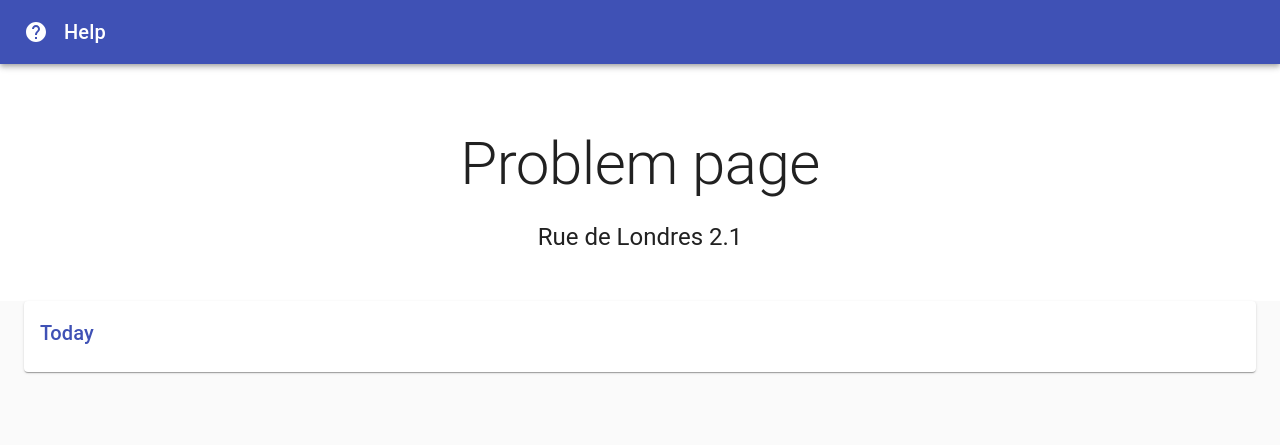
Repository: sapbrussels/intelligenthighway_webapp
Page: /Problempage (app in router/)
The author's editor kept a copy of each file at every save. The page is drawn from the files as they stood at one save, then again after the next save.
The browser window is 1280 px wide. The pictures show the whole page.
The project was rebuilt for these pictures with package versions that can differ from the ones it lists, and the page was loaded fresh each time. Also part of the build but not shown: router/src/App.css, router/src/Login.js, router/src/Maps.js, router/src/Jobspage.js, router/src/Direction.js, router/src/Maintenance.js, router/src/Help.js.

Above is the page before, as saved 2020-03-31 14:52:11.

### router/src/App.js
import React from 'react';
import {BrowserRouter, Route, Switch} from "react-router-dom";
import './App.css';
import Login from './Login';
import Jobspage from'./Jobspage';
import Maintenance from './Maintenance';
import Help from './Help';
import Problempage from './Problempage';

function App() {
  return (
    <BrowserRouter>
    <Switch>
     <Route path='/' exact component={Login}/>
     <Route path='/Jobspage' exact component={Jobspage}/>
     <Route path='/Maintenance' exact component={Maintenance}/>
     <Route path='/Help' exact component={Help}/>
     <Route path='/Problempage' exact component={Problempage}/>
     </Switch>
    </BrowserRouter>

  );
}

export default App;

### router/src/Problempage.js
import React from 'react';
import AppBar from '@material-ui/core/AppBar';
import HelpIcon from '@material-ui/icons/Help';
import Paper from '@material-ui/core/Paper';
import CssBaseline from '@material-ui/core/CssBaseline';
import Grid from '@material-ui/core/Grid';
import Toolbar from '@material-ui/core/Toolbar';
import Typography from '@material-ui/core/Typography';
import { makeStyles } from '@material-ui/core/styles';
import Container from '@material-ui/core/Container';

import Voltage from './Voltage';

const useStyles = makeStyles((theme) => ({
  icon: {
    marginRight: theme.spacing(2),
  },
  heroContent: {
    backgroundColor: theme.palette.background.paper,
    padding: theme.spacing(8, 0, 6),
  },
  heroButtons: {
    marginTop: theme.spacing(4),
  },
  cardGrid: {
    paddingTop: theme.spacing(8),
    paddingBottom: theme.spacing(8),
  },
  card: {
    height: '100%',
    display: 'flex',
    flexDirection: 'column',

  },
  cardMedia: {
    paddingTop: '100%', // 16:9
  },
  cardContent: {
    flexGrow: 1,
  },
  footer: {
    backgroundColor: theme.palette.background.paper,
    padding: theme.spacing(6),
  },
  paper: {
    padding: theme.spacing(2),
    display: 'flex',
    overflow: 'auto',
    flexDirection: 'column',
  },
}));



export default function Album() {
  const classes = useStyles();

  return (
    <React.Fragment>
      <CssBaseline />
      <AppBar position="relative">
        <Toolbar>
          <HelpIcon className={classes.icon} />
          <Typography variant="h6" color="inherit" noWrap>
            Help
          </Typography>
        </Toolbar>
      </AppBar>
      <main>
        {/* Hero unit */}
        <div className={classes.heroContent}>
          <Container maxWidth="sm">
            <Typography component="h1" variant="h2" align="center" color="textPrimary" gutterBottom>
              Problem page
            </Typography>

              <Grid container spacing={2} justify="center">
                <Grid item>
                <Typography variant="h5">
                 Rue de Londres 2.1
                </Typography>
                </Grid>
              </Grid>

          </Container>
        </div>
        <main className={classes.content}>
        <div className={classes.appBarSpacer} />
        <Container maxWidth="lg" className={classes.container}> {/* lg */}
          <Grid container spacing={3}>
          <Grid item xs={12} >
              <Paper className={classes.paper}>
                <Voltage />
              </Paper>
            </Grid>
          </Grid>
        </Container>
      </main>
    </main>
    </React.Fragment>
  );
}

### router/src/listItems.js
import React from 'react';
import ListItem from '@material-ui/core/ListItem';
import ListItemIcon from '@material-ui/core/ListItemIcon';
import ListItemText from '@material-ui/core/ListItemText';
import DashboardIcon from '@material-ui/icons/Dashboard';
import ShoppingCartIcon from '@material-ui/icons/ShoppingCart';
import PeopleIcon from '@material-ui/icons/People';
import { Link } from "react-router-dom";

export const mainListItems = (
  <div>
        <ListItem >
          <ListItemIcon>
            <DashboardIcon />
          </ListItemIcon>
          <ListItemText  primary="jobs page" />
        </ListItem>
      <Link to='/Maintenance'>
          <ListItem button>
          <ListItemIcon>
            <ShoppingCartIcon />
          </ListItemIcon>
          <ListItemText primary="History" />
        </ListItem></Link>
      <Link to='/Help'>
          <ListItem button>
          <ListItemIcon>
            <PeopleIcon />
          </ListItemIcon>
          <ListItemText primary="help" />
        </ListItem></Link>
  </div>
);

### router/src/LightStatus.js
import React from 'react';
import Link from '@material-ui/core/Link';
import { makeStyles } from '@material-ui/core/styles';
import Table from '@material-ui/core/Table';
import TableBody from '@material-ui/core/TableBody';
import TableCell from '@material-ui/core/TableCell';
import TableHead from '@material-ui/core/TableHead';
import TableRow from '@material-ui/core/TableRow';
import Rectangle from 'react-rectangle';
import Title from './Title';



// Generate Order Data
function createData(id, street_light, status,light) {
  return { street_light, status, light};
}

const rows = [
  createData(0, 'Boulevard Avroy 1.9', 'ON', <Rectangle aspectRatio={[3,3]}>
  <div style={{ background: '#008000',  width: '40%', height: '40%' }} />
</Rectangle>),
  createData(1, 'Rue de Londres 2.1', 'OFF',<Rectangle aspectRatio={[3,3]}>
  <div style={{ background: '#FFFFFF', width: '40%', height: '40%' }} />
</Rectangle>),
  createData(2, 'Rue de Londres 2.3', 'X',<Rectangle aspectRatio={[3,3]}>
  <div style={{ background: '#FF0000', width: '40%', height: '40%' }} />
</Rectangle>),
];

function preventDefault(event) {
  event.preventDefault();
}

const useStyles = makeStyles((theme) => ({
  seeMore: {
    marginTop: theme.spacing(3),
    padding: '20px',
    borderRadius:'10px',
  },
}));

export default function LightStatus() {
  const classes = useStyles();
  return (
    <React.Fragment>
      <Title>Light status</Title>
      <Table size="small">
        <TableHead>
          <TableRow>
            <TableCell>street light</TableCell>
            <TableCell>status</TableCell>
            <TableCell></TableCell>
          </TableRow>
        </TableHead>
        <TableBody>
          {rows.map((row) => (
            <TableRow key={row.id}>
              <TableCell>{row.street_light}</TableCell>
              <TableCell> {row.status}</TableCell>
              <TableCell> {row.light}</TableCell>
            </TableRow>
          ))}
        </TableBody>
      </Table>
      <div className={classes.seeMore}>
        <Link color="primary" href="#" onClick={preventDefault}>
          See more lights
        </Link>
      </div>
    </React.Fragment>
  );
}

### router/src/Jobslist.js
import React from 'react';
import {Link} from 'react-router-dom';
import { makeStyles } from '@material-ui/core/styles';
import Table from '@material-ui/core/Table';
import TableBody from '@material-ui/core/TableBody';
import TableCell from '@material-ui/core/TableCell';
import TableHead from '@material-ui/core/TableHead';
import TableRow from '@material-ui/core/TableRow';
import Title from './Title';

// Generate Order Data
function createData(id, location, job, accept, info) {
  return { id, location, job, accept, info };
}

const rows = [
    createData(0, 'Boulevard Avroy 1.9', 'Maintenance',<Link to="/Maintenance"><button>Accept</button></Link>),
    createData(1, 'Rue de Londres 2.1', 'Fix issue',<button>Accept</button>, <Link to="/Problempage"><button>find more info</button></Link>),
];

function preventDefault(event) {
  event.preventDefault();
}

const useStyles = makeStyles((theme) => ({
  seeMore: {
    marginTop: theme.spacing(3),
    padding: '20px',
    borderRadius:'10px',
  },
}));

    export default function Jobslist() {
    const classes = useStyles();
    return (
        <React.Fragment>
        <Title>jobs available</Title>
        <Table size="small">
            <TableHead>
            <TableRow>
                <TableCell>location</TableCell>
                <TableCell>job</TableCell>
                <TableCell>Accept the job</TableCell>
                <TableCell>More info</TableCell>
            </TableRow>
            </TableHead>
            <TableBody>
            {rows.map((row) => (
                <TableRow key={row.id}>
                <TableCell>{row.location}</TableCell>
                <TableCell>{row.job}</TableCell>
                <TableCell>{row.accept}</TableCell>
                <TableCell>{row.info}</TableCell>
                </TableRow>
            ))}
            </TableBody>
        </Table>
        <div className={classes.seeMore}>
            <Link color="primary" href="#" onClick={preventDefault}>
            See more orders
            </Link>
        </div>
        </React.Fragment>
    );
}

### router/src/Checklist.js
import React from 'react';
import Link from '@material-ui/core/Link';
import { makeStyles } from '@material-ui/core/styles';
import Table from '@material-ui/core/Table';
import TableBody from '@material-ui/core/TableBody';
import TableCell from '@material-ui/core/TableCell';
import TableHead from '@material-ui/core/TableHead';
import TableRow from '@material-ui/core/TableRow';
import Title from './Title';
import { Checkbox } from '@material-ui/core';

// Generate Order Data
function createData(id, check, tasks) {
  return { id, check, tasks };
}

const rows = [
  createData(0, <Checkbox></Checkbox>,'Turn all switches OFF & ON to stop dust build up'),
  createData(1, <Checkbox></Checkbox>,'turn all circuit-breakers OFF and reset'),
  createData(2, <Checkbox></Checkbox>,'Check for high resistance joints'),
  createData(3, <Checkbox></Checkbox>,'clean PE cell faces then cover to test functionnality'),
  createData(4, <Checkbox></Checkbox>,'check MEN and earthing'),
  createData(0, <Checkbox></Checkbox>,'Luminaire cleaning and inspection'),
  createData(1, <Checkbox></Checkbox>,'Inspect for any sign of vermin damage in the cabinet'),
  createData(2, <Checkbox></Checkbox>,'Remove grafitit on cabinet'),
  createData(3, <Checkbox></Checkbox>,'Trim all trees that interfere with solar-panels and light output of lulinaires'),
  createData(4, <Checkbox></Checkbox>,'Check all support structures for their integreties'),
  createData(3, <Checkbox></Checkbox>,'Installation, maintenance and replacement of post indentification label'),
  createData(4, <Checkbox></Checkbox>,'Installation, maintenace and replacement of supply point indentification labels'),
];


const useStyles = makeStyles((theme) => ({
  seeMore: {
    marginTop: theme.spacing(3),

  },
}));

export default function Orders() {
  const classes = useStyles();
  return (
    <React.Fragment>
      <Title>Maintenance checklist</Title>
      <Table size="small">
        <TableHead>
          <TableRow>
            <TableCell></TableCell>
            <TableCell>tasks</TableCell>

          </TableRow>
        </TableHead>
        <TableBody>
          {rows.map((row) => (
            <TableRow key={row.id}>
              <TableCell>{row.check}</TableCell>
              <TableCell>{row.tasks}</TableCell>
            </TableRow>
          ))}
        </TableBody>
      </Table>
      <div className={classes.seeMore}>
        <Link><button>Finished</button></Link>
      </div>
    </React.Fragment>
  );
}

### router/src/Voltage.js
import React from 'react';
import { useTheme } from '@material-ui/core/styles';
import { LineChart, Line, XAxis, YAxis, Label, ResponsiveContainer } from 'recharts';
import Title from './Title';

// Generate Sales Data
function createData(time, amount) {
  return { time, amount };
}

const data = [
  createData('00:00', 0),
  createData('03:00', 300),
  createData('06:00', 600),
  createData('09:00', 800),
  createData('12:00', 1500),
  createData('15:00', 2000),
  createData('18:00', 2400),
  createData('21:00', 2400),
  createData('24:00', undefined),
];

export default function Chart() {
  const theme = useTheme();

  return (
    <React.Fragment>
      <Title>Today</Title>
      <ResponsiveContainer>
        <LineChart
          data={data}
          margin={{
            top: 16,
            right: 16,
            bottom: 0,
            left: 24,
          }}
        >
          <XAxis dataKey="time" stroke={theme.palette.text.secondary} />
          <YAxis stroke={theme.palette.text.secondary}>
            <Label
              angle={270}
              position="left"
              style={{ textAnchor: 'middle', fill: theme.palette.text.primary }}
            >
              Sales ($)
            </Label>
          </YAxis>
          <Line type="monotone" dataKey="amount" stroke={theme.palette.primary.main} dot={false} />
        </LineChart>
      </ResponsiveContainer>
    </React.Fragment>
  );
}

Loaded but not shown: router/public/index.html (common file); router/src/index.js (common file); router/src/index.css (common file); router/src/serviceWorker.js (common file); router/src/Title.js (common file)

After the next save:
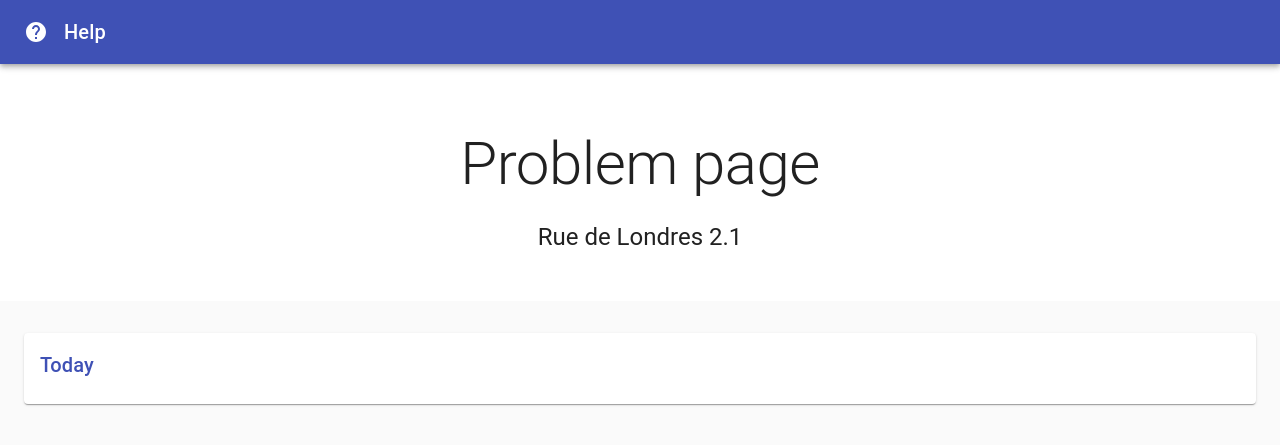
Saved 70 s later.
--- a/router/src/Problempage.js
+++ b/router/src/Problempage.js
@@ -41,6 +41,10 @@ const useStyles = makeStyles((theme) => ({
   footer: {
     backgroundColor: theme.palette.background.paper,
     padding: theme.spacing(6),
+  },
+  container: {
+    paddingTop: theme.spacing(4),
+    paddingBottom: theme.spacing(4),
   },
   paper: {
     padding: theme.spacing(2),
